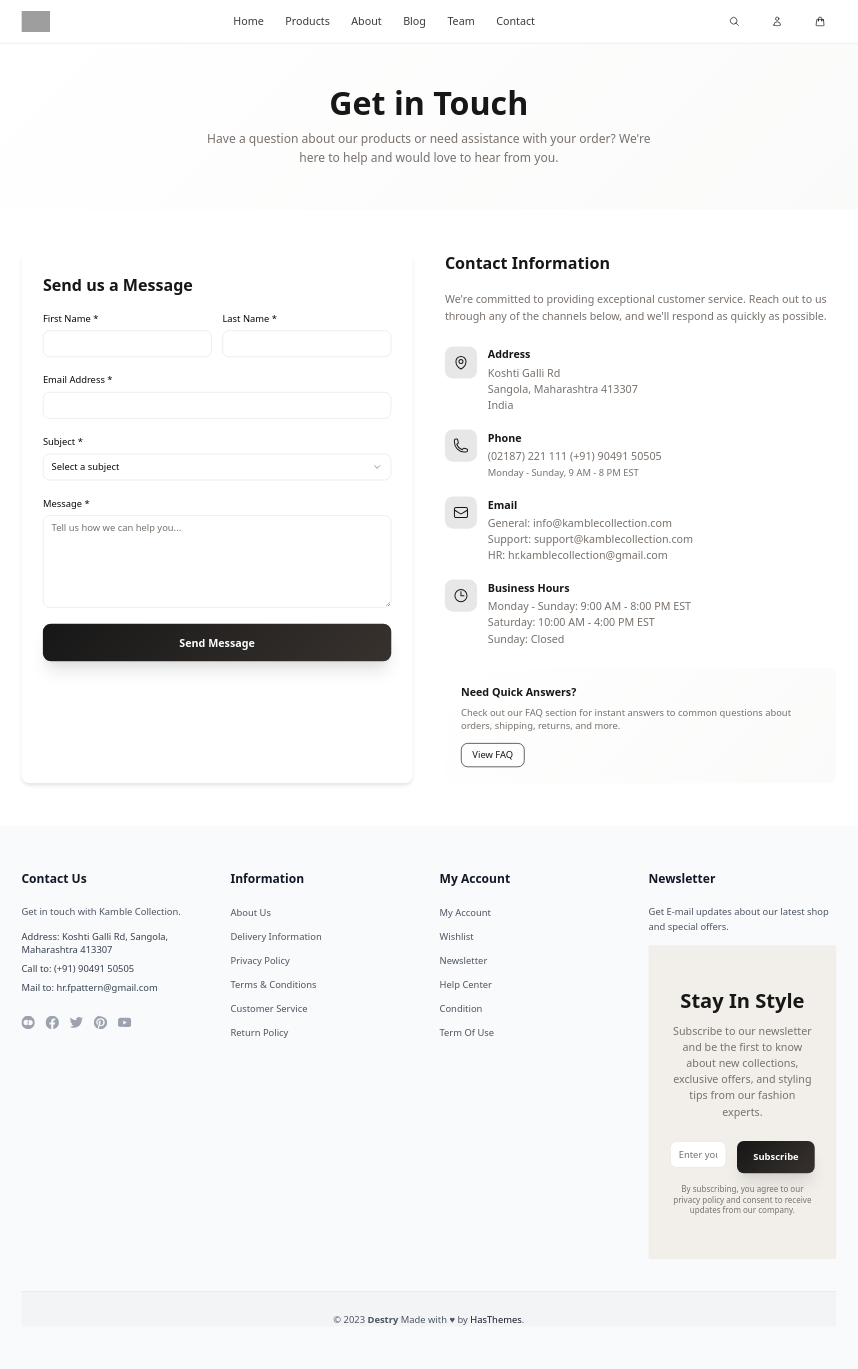
Repository: Fpattern-25/Ecommerce-Cloth-website
Page: /contact
These files come from the project's save history. The page is drawn as it stood at one moment and after the next save; the edit follows.
The browser window is 1280 px wide. The pictures show the whole page, at 67% of full size.
Pictures or frames that could not be fetched are drawn as grey boxes. The project was rebuilt for these pictures with package versions that can differ from the ones it lists, and the page was loaded fresh each time. Also part of the build but not shown: vite.config.ts, src/components/ui/tooltip.tsx, src/components/ui/badge.tsx, src/components/ProductCard.tsx, src/components/ProductGrid.tsx, src/data/products.ts, src/pages/Home.tsx, src/pages/Products.tsx and 27 more.

Above is the page before, as saved 2025-08-06 10:56:51.

After the next save:
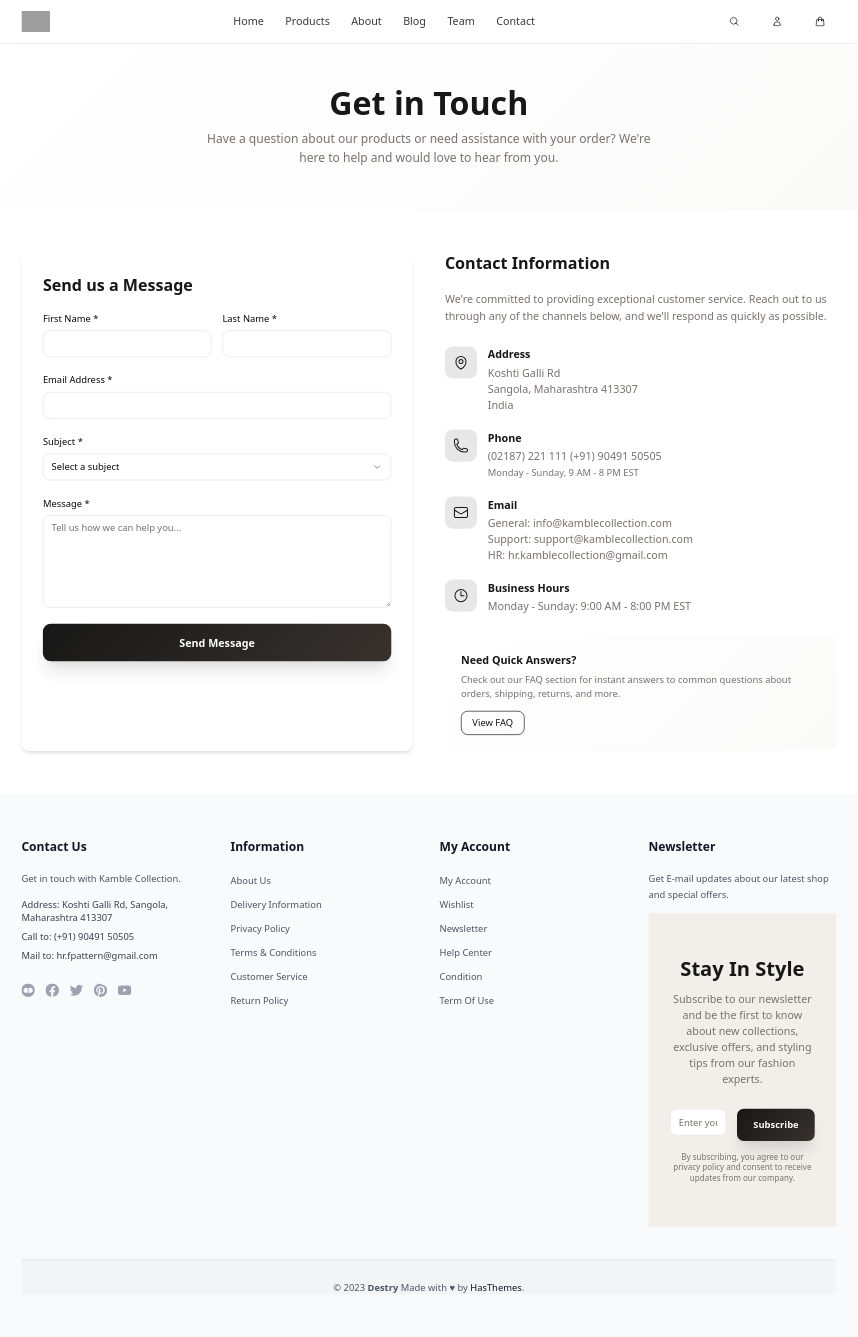
Saved 6 s later.
--- a/src/pages/Contact.tsx
+++ b/src/pages/Contact.tsx
@@ -269,8 +269,7 @@ export default function Contact() {
                       <h3 className="font-semibold text-brand-primary mb-1">Business Hours</h3>
                       <p className="text-muted-foreground">
                         Monday - Sunday: 9:00 AM - 8:00 PM EST<br />
-                        Saturday: 10:00 AM - 4:00 PM EST<br />
-                        Sunday: Closed
+
                       </p>
                     </div>
                   </div>
